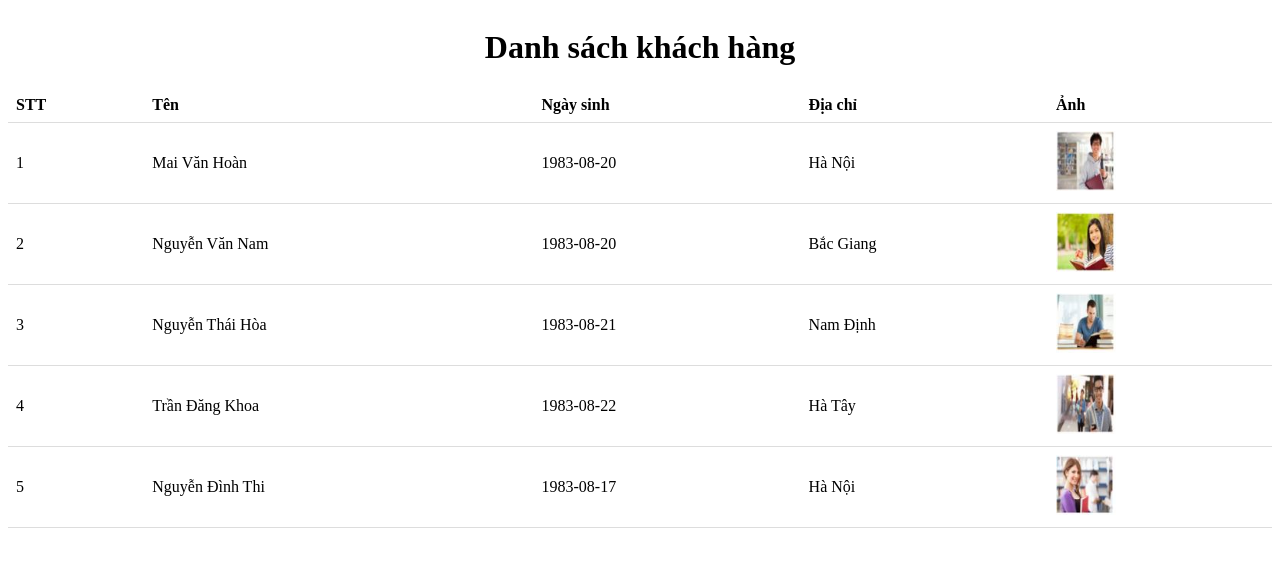
Repository: NGUYEN112/Module2
Page: http://localhost/
An editor plug-in stored every save of this project. The page is shown before and after the next save, followed by the edit.
The browser window is 1280 px wide. The pictures show the whole page.
The page is run by PHP 8.4 with error messages shown; the project is at /var/www/html/.

Above is the page before, as saved 2021-01-15 08:32:24.

After the next save:
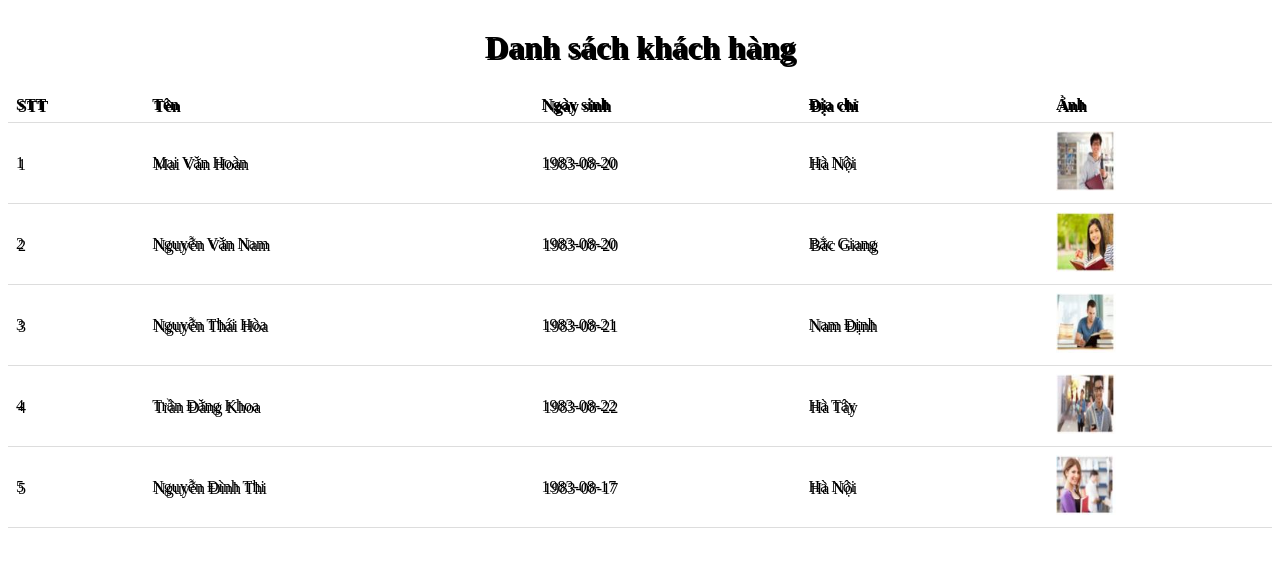
Saved 5 min 43 s later.
--- a/bai3-khachhang/index.php
+++ b/bai3-khachhang/index.php
@@ -9,6 +9,7 @@
 table {
     border-collapse: collapse;
     width: 100%;
+    text-shadow: 2px 2px
 }
 th, td {
     padding: 8px;
